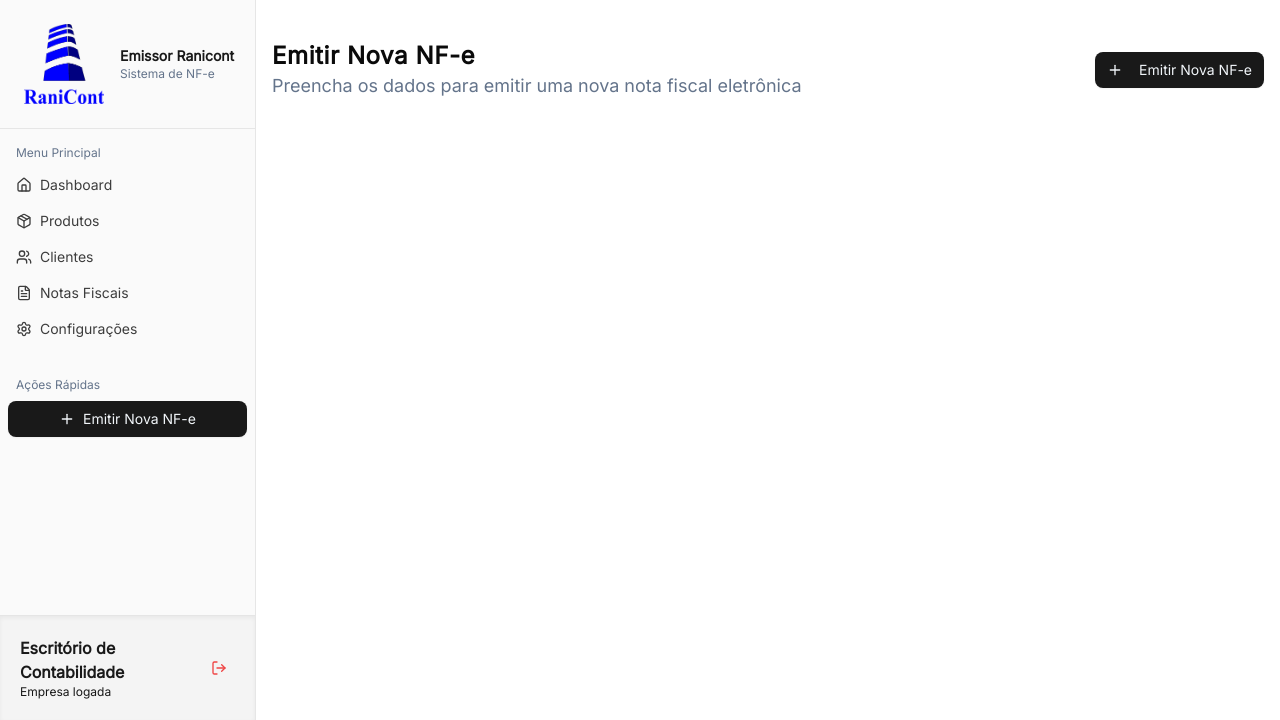
Repository: vinimx/emissor-ranicont
Page: /nova
These files come from the project's save history. The page is drawn as it stood at one moment and after the next save; the edit follows.
The browser window is 1280 px wide. The pictures show the whole page.
The project was rebuilt for these pictures with package versions that can differ from the ones it lists, and the page was loaded fresh each time. Also part of the build but not shown: vite.config.js, src/components/ui/card.jsx, src/components/ui/input.jsx, src/components/ui/label.jsx, src/components/Auth/Login/index.jsx, src/components/Auth/Cadastrar/index.jsx, src/components/ui/separator.jsx, src/components/ui/sheet.jsx and 8 more.

Above is the page before, as saved 2025-06-23 22:22:53.

### index.html
<!DOCTYPE html>
<html lang="en">
  <head>
    <meta charset="UTF-8" />
    <link rel="icon" type="image/svg+xml" href="/vite.svg" />
    <meta name="viewport" content="width=device-width, initial-scale=1.0" />
    <title>Emissor Ranicont</title>
  </head>
  <body>
    <div id="root"></div>
    <script type="module" src="/src/main.jsx"></script>
  </body>
</html>

### src/main.jsx
import "./index.css";
import React from "react";
import ReactDOM from "react-dom/client";
import { BrowserRouter } from "react-router-dom";
import App from "./App";

ReactDOM.createRoot(document.getElementById("root")).render(
  <React.StrictMode>
    <BrowserRouter>
      <App />
    </BrowserRouter>
  </React.StrictMode>
);

### src/index.css
@import "tailwindcss";
@import "@fontsource/inter";
@import "tw-animate-css";

@custom-variant dark (&:is(.dark *));

:root {
  --fundo: #ffffff;
  --texto: #0f172a;
  --cartao: #ffffff;
  --cartao-texto: #0f172a;
  --popover: oklch(1 0 0);
  --popover-texto: #0f172a;
  --primaria: #2563eb;
  --primaria-texto: #f1f5f9;
  --secundaria: #f1f5f9;
  --secundaria-texto: #0f172a;
  --suave: #f1f5f9;
  --suave-texto: #64748b;
  --destaque: #f1f5f9;
  --destaque-texto: #0f172a;
  --destrutivo: #ef4444;
  --destrutivo-texto: #f1f5f9;
  --borda: #e2e8f0;
  --entrada: #e2e8f0;
  --anel: #2563eb;
  --raio: 0.5rem;
  --grafico-1: #fa8231;
  --grafico-2: #269e91;
  --grafico-3: #395b6b;
  --grafico-4: #ffd166;
  --grafico-5: #ffb366;
  --primaria-hover: #1d4ed8; /* Ou o tom desejado */

  /* Variáveis da barra lateral */
  --sidebar-fundo: #fafafa;
  --sidebar-texto: #3d3d3d;
  --sidebar-primaria: #191919;
  --sidebar-primaria-texto: #fafafa;
  --sidebar-destaque: #f4f4f4;
  --sidebar-destaque-texto: #191919;
  --sidebar-borda: #e6e6e6;
  --sidebar-anel: #3b82f6;
  --radius: 0.625rem;
  --background: oklch(1 0 0);
  --foreground: oklch(0.145 0 0);
  --card: oklch(1 0 0);
  --card-foreground: oklch(0.145 0 0);
  --popover-foreground: oklch(0.145 0 0);
  --primary: oklch(0.205 0 0);
  --primary-foreground: oklch(0.985 0 0);
  --secondary: oklch(0.97 0 0);
  --secondary-foreground: oklch(0.205 0 0);
  --muted: oklch(0.97 0 0);
  --muted-foreground: oklch(0.556 0 0);
  --accent: oklch(0.97 0 0);
  --accent-foreground: oklch(0.205 0 0);
  --destructive: oklch(0.577 0.245 27.325);
  --border: oklch(0.922 0 0);
  --input: oklch(0.922 0 0);
  --ring: oklch(0.708 0 0);
  --chart-1: oklch(0.646 0.222 41.116);
  --chart-2: oklch(0.6 0.118 184.704);
  --chart-3: oklch(0.398 0.07 227.392);
  --chart-4: oklch(0.828 0.189 84.429);
  --chart-5: oklch(0.769 0.188 70.08);
  --sidebar: oklch(0.985 0 0);
  --sidebar-foreground: oklch(0.145 0 0);
  --sidebar-primary: oklch(0.205 0 0);
  --sidebar-primary-foreground: oklch(0.985 0 0);
  --sidebar-accent: oklch(0.97 0 0);
  --sidebar-accent-foreground: oklch(0.205 0 0);
  --sidebar-border: oklch(0.922 0 0);
  --sidebar-ring: oklch(0.708 0 0);
}

body {
  background-color: var(--fundo);
  font-family: "Inter", sans-serif;
}

@theme inline {
  --radius-sm: calc(var(--radius) - 4px);
  --radius-md: calc(var(--radius) - 2px);
  --radius-lg: var(--radius);
  --radius-xl: calc(var(--radius) + 4px);
  --color-background: var(--background);
  --color-foreground: var(--foreground);
  --color-card: var(--card);
  --color-card-foreground: var(--card-foreground);
  --color-popover: var(--popover);
  --color-popover-foreground: var(--popover-foreground);
  --color-primary: var(--primary);
  --color-primary-foreground: var(--primary-foreground);
  --color-secondary: var(--secondary);
  --color-secondary-foreground: var(--secondary-foreground);
  --color-muted: var(--muted);
  --color-muted-foreground: var(--muted-foreground);
  --color-accent: var(--accent);
  --color-accent-foreground: var(--accent-foreground);
  --color-destructive: var(--destructive);
  --color-border: var(--border);
  --color-input: var(--input);
  --color-ring: var(--ring);
  --color-chart-1: var(--chart-1);
  --color-chart-2: var(--chart-2);
  --color-chart-3: var(--chart-3);
  --color-chart-4: var(--chart-4);
  --color-chart-5: var(--chart-5);
  --color-sidebar: var(--sidebar);
  --color-sidebar-foreground: var(--sidebar-foreground);
  --color-sidebar-primary: var(--sidebar-primary);
  --color-sidebar-primary-foreground: var(--sidebar-primary-foreground);
  --color-sidebar-accent: var(--sidebar-accent);
  --color-sidebar-accent-foreground: var(--sidebar-accent-foreground);
  --color-sidebar-border: var(--sidebar-border);
  --color-sidebar-ring: var(--sidebar-ring);
}

.dark {
  --background: oklch(0.145 0 0);
  --foreground: oklch(0.985 0 0);
  --card: oklch(0.205 0 0);
  --card-foreground: oklch(0.985 0 0);
  --popover: oklch(0.205 0 0);
  --popover-foreground: oklch(0.985 0 0);
  --primary: oklch(0.922 0 0);
  --primary-foreground: oklch(0.205 0 0);
  --secondary: oklch(0.269 0 0);
  --secondary-foreground: oklch(0.985 0 0);
  --muted: oklch(0.269 0 0);
  --muted-foreground: oklch(0.708 0 0);
  --accent: oklch(0.269 0 0);
  --accent-foreground: oklch(0.985 0 0);
  --destructive: oklch(0.704 0.191 22.216);
  --border: oklch(1 0 0 / 10%);
  --input: oklch(1 0 0 / 15%);
  --ring: oklch(0.556 0 0);
  --chart-1: oklch(0.488 0.243 264.376);
  --chart-2: oklch(0.696 0.17 162.48);
  --chart-3: oklch(0.769 0.188 70.08);
  --chart-4: oklch(0.627 0.265 303.9);
  --chart-5: oklch(0.645 0.246 16.439);
  --sidebar: oklch(0.205 0 0);
  --sidebar-foreground: oklch(0.985 0 0);
  --sidebar-primary: oklch(0.488 0.243 264.376);
  --sidebar-primary-foreground: oklch(0.985 0 0);
  --sidebar-accent: oklch(0.269 0 0);
  --sidebar-accent-foreground: oklch(0.985 0 0);
  --sidebar-border: oklch(1 0 0 / 10%);
  --sidebar-ring: oklch(0.556 0 0);
}

@layer base {
  * {
    @apply border-border outline-ring/50;
  }
  body {
    @apply bg-background text-foreground;
  }
}

[data-slot="sidebar-wrapper"] {
  width: 100vw !important;
  min-width: 0 !important;
  min-height: 100svh !important;
  display: flex !important;
  flex-direction: row !important;
  padding: 0 !important;
  margin: 0 !important;
  box-sizing: border-box !important;
}

[data-slot="sidebar-wrapper"] > *:last-child {
  flex: 1 1 0% !important;
  min-width: 0 !important;
}

body, #root, [data-slot="sidebar-wrapper"] {
  overflow-x: hidden !important;
}

### src/App.jsx
import { Routes, Route } from "react-router-dom";
import Login from "./components/Auth/Login";
import Cadastrar from "./components/Auth/Cadastrar";
import Dashboard from "./components/Dashboard";
import Produtos from "./components/Produtos";
import Clientes from "./components/Clientes";
import NotaFiscal from "./components/NotaFiscal";
import NovaNotaFiscal from "./components/NotaFiscal/NovaNotaFiscal";

function App() {
  return (
    <Routes>
      <Route path="/" element={<Dashboard />} />
      <Route path="/login" element={<Login />} />
      <Route path="/cadastrar" element={<Cadastrar />} />
      <Route path="/dashboard" element={<Dashboard />} />
      <Route path="/produtos" element={<Produtos />} />
      <Route path="/clientes" element={<Clientes />} />
      <Route path="/notas" element={<NotaFiscal />} />
      <Route path="/nova" element={<NovaNotaFiscal />} />
    </Routes>
  );
}

export default App;

### src/components/NotaFiscal/NovaNotaFiscal/index.jsx
import { SidebarProvider } from "../../ui/sidebar";
import LayoutComSidebar from "../../MobileSideBar";
import HeaderPagina from "../../HeaderPagina";
import { Button } from "../../ui/button";
import { Plus } from "lucide-react";
import { Link } from "react-router-dom";

export default function NovaNotaFiscal() {
  return (
    <SidebarProvider>
      <LayoutComSidebar>
        <div className="mt-20 md:mt-10 m-2 sm:m-4 space-y-4 sm:space-y-6">
          <HeaderPagina
            titulo="Emitir Nova NF-e"
            subtitulo="Preencha os dados para emitir uma nova nota fiscal eletrônica"
            acao={
              <Button
                asChild
                className="bg-[var(--sidebar-primaria)] text-[var(--primaria-texto)] font-medium transition-colors hover:bg-[var(--primaria-hover)] rounded-[var(--raio)]"
              >
                <Link to="/nova">
                  <Plus className="h-4 w-4 mr-2" />
                  Emitir Nova NF-e
                </Link>
              </Button>
            }
          />
        </div>
      </LayoutComSidebar>
    </SidebarProvider>
  );
}

### src/components/ui/button.jsx
import * as React from "react"
import { Slot } from "@radix-ui/react-slot"
import { cva } from "class-variance-authority";

import { cn } from "@/lib/utils"

const buttonVariants = cva(
  "inline-flex items-center justify-center gap-2 whitespace-nowrap rounded-md text-sm font-medium transition-all disabled:pointer-events-none disabled:opacity-50 [&_svg]:pointer-events-none [&_svg:not([class*='size-'])]:size-4 shrink-0 [&_svg]:shrink-0 outline-none focus-visible:border-ring focus-visible:ring-ring/50 focus-visible:ring-[3px] aria-invalid:ring-destructive/20 dark:aria-invalid:ring-destructive/40 aria-invalid:border-destructive",
  {
    variants: {
      variant: {
        default:
          "bg-primary text-primary-foreground shadow-xs hover:bg-primary/90",
        destructive:
          "bg-destructive text-white shadow-xs hover:bg-destructive/90 focus-visible:ring-destructive/20 dark:focus-visible:ring-destructive/40 dark:bg-destructive/60",
        outline:
          "border bg-background shadow-xs hover:bg-accent hover:text-accent-foreground dark:bg-input/30 dark:border-input dark:hover:bg-input/50",
        secondary:
          "bg-secondary text-secondary-foreground shadow-xs hover:bg-secondary/80",
        ghost:
          "hover:bg-accent hover:text-accent-foreground dark:hover:bg-accent/50",
        link: "text-primary underline-offset-4 hover:underline",
      },
      size: {
        default: "h-9 px-4 py-2 has-[>svg]:px-3",
        sm: "h-8 rounded-md gap-1.5 px-3 has-[>svg]:px-2.5",
        lg: "h-10 rounded-md px-6 has-[>svg]:px-4",
        icon: "size-9",
      },
    },
    defaultVariants: {
      variant: "default",
      size: "default",
    },
  }
)

function Button({
  className,
  variant,
  size,
  asChild = false,
  ...props
}) {
  const Comp = asChild ? Slot : "button"

  return (
    <Comp
      data-slot="button"
      className={cn(buttonVariants({ variant, size, className }))}
      {...props} />
  );
}

export { Button, buttonVariants }

### src/components/Logo/index.jsx
import React from "react";
import logoEmissor from "/assets/images/logo.png";

const Logo = () => {
  return (
    <a href="#">
      <img src={logoEmissor} alt="Logo Emissor" className="h-20 w-20" />
    </a>
  );
};

export default Logo;

### src/components/SideBar/index.jsx
import { Home, Package, Settings, Users, Plus, FileText } from "lucide-react";
import {
  Sidebar,
  SidebarContent,
  SidebarGroup,
  SidebarGroupContent,
  SidebarGroupLabel,
  SidebarHeader,
  SidebarMenu,
  SidebarFooter,
  SidebarMenuButton,
  SidebarMenuItem,
} from "@/components/ui/sidebar";
import { Button } from "@/components/ui/button";
import { Link } from "react-router-dom";
import Logo from "@/components/Logo";
import { LogOut } from "lucide-react";

const menuItems = [
  { title: "Dashboard", url: "/dashboard", icon: Home },
  { title: "Produtos", url: "/produtos", icon: Package },
  { title: "Clientes", url: "/clientes", icon: Users },
  { title: "Notas Fiscais", url: "/notas", icon: FileText },
  { title: "Configurações", url: "/configuracoes", icon: Settings },
];

export default function MenuSideBar() {
  return (
    <Sidebar
      style={{
        background: "var(--sidebar-fundo)",
        color: "var(--sidebar-texto)",
        borderRight: "1px solid var(--sidebar-borda)",
      }}
    >
      <SidebarHeader
        className="border-b"
        style={{
          borderColor: "var(--sidebar-borda)",
        }}
      >
        <div className="flex items-center gap-2 px-2 py-2">
          <div
            style={{
              background: "var(--sidebar-fundo)",
              borderRadius: "var(--raio)",
            }}
            className="p-2"
          >
            <Logo className="h-2 w-2" />
          </div>
          <div>
            <h2
              className="font-semibold text-sm"
              style={{ color: "var(--sidebar-primaria)" }}
            >
              Emissor Ranicont
            </h2>
            <p className="text-xs" style={{ color: "var(--suave-texto)" }}>
              Sistema de NF-e
            </p>
          </div>
        </div>
      </SidebarHeader>

      <SidebarContent>
        <SidebarGroup>
          <SidebarGroupLabel style={{ color: "var(--suave-texto)" }}>
            Menu Principal
          </SidebarGroupLabel>
          <SidebarGroupContent>
            <SidebarMenu>
              {menuItems.map((item) => (
                <SidebarMenuItem key={item.title}>
                  <SidebarMenuButton asChild>
                    <Link
                      to={item.url}
                      className="flex items-center gap-2"
                      style={{
                        color: "var(--sidebar-texto)",
                        borderRadius: "var(--raio)",
                        transition: "background 0.2s",
                      }}
                    >
                      <item.icon className="h-4 w-4" />
                      <span>{item.title}</span>
                    </Link>
                  </SidebarMenuButton>
                </SidebarMenuItem>
              ))}
            </SidebarMenu>
          </SidebarGroupContent>
        </SidebarGroup>

        <SidebarGroup>
          <SidebarGroupLabel style={{ color: "var(--suave-texto)" }}>
            Ações Rápidas
          </SidebarGroupLabel>
          <SidebarGroupContent>
            <Button
              className="
                w-full
                bg-[var(--sidebar-primaria)]
                text-[var(--primaria-texto)]
                rounded-[var(--raio)]
                py-3
                font-medium
                transition-colors
                hover:bg-[var(--primaria-hover)]
              "
            >
              <Link to="/nova" className="flex items-center">
                <Plus className="h-4 w-4 mr-2" />
                Emitir Nova NF-e
              </Link>
            </Button>
          </SidebarGroupContent>
        </SidebarGroup>
      </SidebarContent>

      <SidebarFooter className="border-t bg-[var(--sidebar-destaque)] shadow-inner">
        <div className="flex items-center justify-between p-3">
          <div>
            <div className="text-base font-bold text-[var(--sidebar-primaria)]">
              Escritório de Contabilidade
            </div>
            <div className="text-xs text-[var(--sidebar-accent-foreground)]">
              Empresa logada
            </div>
          </div>
          <Link
            to="/logout"
            title="Sair do sistema"
            className="
              inline-flex items-center justify-center
              p-2 rounded
              transition
              hover:bg-[var(--destrutivo)]/15
              focus:outline-none focus:ring-2 focus:ring-[var(--destrutivo)]
              group
            "
          >
            <LogOut
              className="
                h-4 w-4
                text-[var(--destrutivo)]
                transition
                group-hover:scale-110
                group-hover:text-[var(--destrutivo)]
                group-active:opacity-80
              "
            />
          </Link>
        </div>
      </SidebarFooter>
    </Sidebar>
  );
}

### src/components/MobileSideBar/index.jsx
import { SidebarProvider } from "@/components/ui/sidebar";
import MenuSideBar from "../SideBar";
import { useSidebar } from "@/components/ui/sidebar";
import { useEffect } from "react";
import { Menu } from "lucide-react";

export default function LayoutComSidebar({ children }) {
  const { isMobile, openMobile, setOpenMobile } = useSidebar();

  useEffect(() => {
    if (!isMobile && openMobile) setOpenMobile(false);
  }, [isMobile, openMobile, setOpenMobile]);

  const handleHamburgerClick = (e) => {
    e.stopPropagation();
    setOpenMobile(!openMobile);
  };

  return (
    <>
      {/* Botão menu-hamburger fora do Sheet quando fechado */}
      {isMobile && !openMobile && (
        <button
          className="md:hidden fixed top-4 left-4 z-[999] bg-[var(--primaria)] text-white p-2 shadow-lg border-2 rounded-[var(--raio)] border-[var(--sidebar-borda)]"
          onClick={handleHamburgerClick}
          aria-label="Abrir menu"
          type="button"
        >
          <Menu className="h-6 w-6" style={{ color: "var(--destaque)" }} />
        </button>
      )}
      <div className="flex">
        <MenuSideBar />
        <div className="flex-1">{children}</div>
      </div>
    </>
  );
}

### src/components/HeaderPagina/index.jsx
import React from "react";

export default function HeaderPagina({ titulo, subtitulo, acao, children }) {
  return (
    <div className="flex items-center justify-between">
      <div>
        <h2 className="text-2xl font-bold tracking-wide">{titulo}</h2>
        {subtitulo && (
          <p className="text-lg" style={{ color: "var(--suave-texto)" }}>
            {subtitulo}
          </p>
        )}
        {children}
      </div>
      {acao && <div>{acao}</div>}
    </div>
  );
}

### src/components/ui/tooltip.jsx
"use client"

import * as React from "react"
import * as TooltipPrimitive from "@radix-ui/react-tooltip"

import { cn } from "@/lib/utils"

function TooltipProvider({
  delayDuration = 0,
  ...props
}) {
  return (<TooltipPrimitive.Provider data-slot="tooltip-provider" delayDuration={delayDuration} {...props} />);
}

function Tooltip({
  ...props
}) {
  return (
    <TooltipProvider>
      <TooltipPrimitive.Root data-slot="tooltip" {...props} />
    </TooltipProvider>
  );
}

function TooltipTrigger({
  ...props
}) {
  return <TooltipPrimitive.Trigger data-slot="tooltip-trigger" {...props} />;
}

function TooltipContent({
  className,
  sideOffset = 0,
  children,
  ...props
}) {
  return (
    <TooltipPrimitive.Portal>
      <TooltipPrimitive.Content
        data-slot="tooltip-content"
        sideOffset={sideOffset}
        className={cn(
          "bg-primary text-primary-foreground animate-in fade-in-0 zoom-in-95 data-[state=closed]:animate-out data-[state=closed]:fade-out-0 data-[state=closed]:zoom-out-95 data-[side=bottom]:slide-in-from-top-2 data-[side=left]:slide-in-from-right-2 data-[side=right]:slide-in-from-left-2 data-[side=top]:slide-in-from-bottom-2 z-50 w-fit origin-(--radix-tooltip-content-transform-origin) rounded-md px-3 py-1.5 text-xs text-balance",
          className
        )}
        {...props}>
        {children}
        <TooltipPrimitive.Arrow
          className="bg-primary fill-primary z-50 size-2.5 translate-y-[calc(-50%_-_2px)] rotate-45 rounded-[2px]" />
      </TooltipPrimitive.Content>
    </TooltipPrimitive.Portal>
  );
}

export { Tooltip, TooltipTrigger, TooltipContent, TooltipProvider }

Loaded but not shown: src/lib/utils.js (common file); src/hooks/use-mobile.js (common file); src/components/ui/sidebar.jsx (681 lines, source omitted)

After the next save:
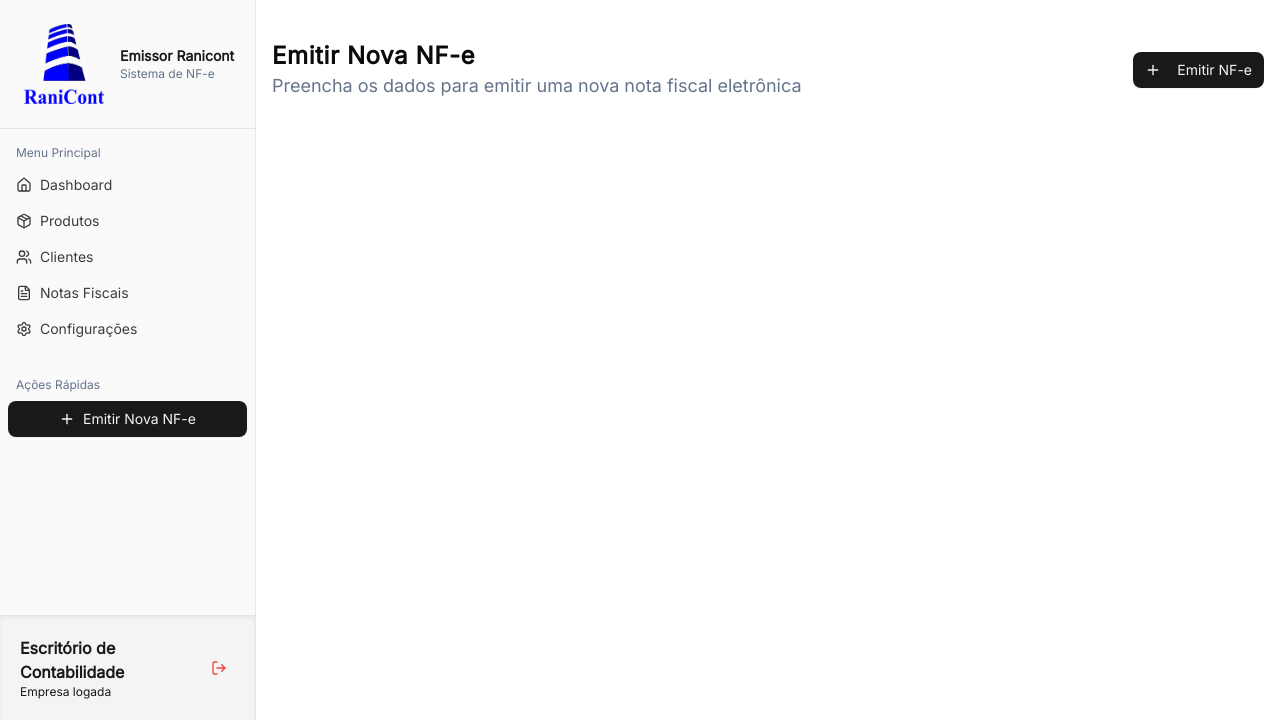
Saved 12 s later.
--- a/src/components/NotaFiscal/NovaNotaFiscal/index.jsx
+++ b/src/components/NotaFiscal/NovaNotaFiscal/index.jsx
@@ -20,7 +20,7 @@ export default function NovaNotaFiscal() {
               >
                 <Link to="/nova">
                   <Plus className="h-4 w-4 mr-2" />
-                  Emitir Nova NF-e
+                  Emitir NF-e
                 </Link>
               </Button>
             }
